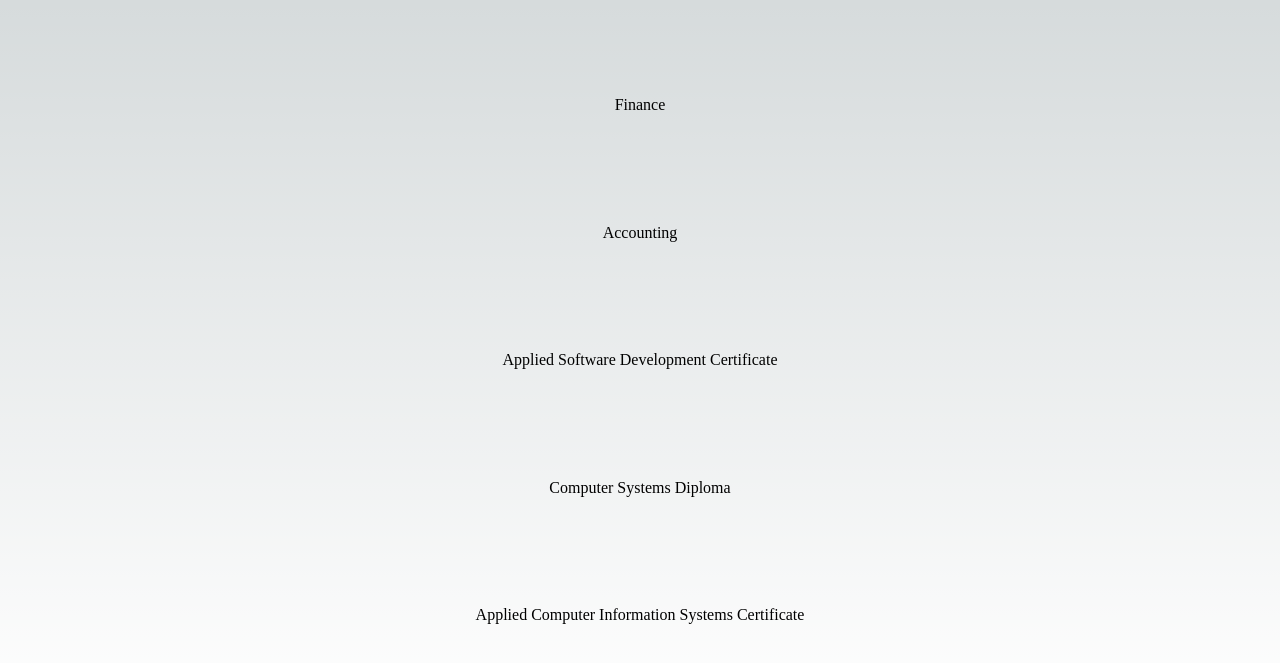
Repository: Aaron-Trippy/example-map-class-3
Page: /
These files come from the project's save history. The page is drawn as it stood at one moment and after the next save; the edit follows.
The browser window is 1280 px wide. The pictures show the whole page.
The project was rebuilt for these pictures with package versions that can differ from the ones it lists, and the page was loaded fresh each time. The framework's server and built-in components were replaced by stand-ins that run in the browser. Also part of the build but not shown: next.config.js.

Above is the page before, as saved 2023-01-19 14:33:13.

### pages/index.js
import Head from 'next/head'
import Image from 'next/image'
import { Inter } from '@next/font/google'
import styles from '../styles/Home.module.css'
import data from '../data/education.json'
import { useState } from 'react'

const inter = Inter({ subsets: ['latin'] })

export default function Home() {

  console.log(data);
  const [information, setInformation] = useState([...data])

  return (
    <>
      <Head>
        <title>Create Next App</title>
        <meta name="description" content="Generated by create next app" />
        <meta name="viewport" content="width=device-width, initial-scale=1" />
        <link rel="icon" href="/favicon.ico" />
      </Head>
      <main className={styles.main}>
      {
        information && information.map((info, index) => {
          return(
            <div key={index}>{info.degree}</div>
          )
        })
      }
      </main>
    </>
  )
}

### data/education.json
[
        {
            "studentNumber": "A0004567",
            "firstName": "Person 1",
            "gpa": 3.8,
            "department": "Business",
            "degree": "Finance",
            "graduted": 2014
        },
        {
            "studentNumber": "A0001234",
            "firstName": "Person 2",
            "gpa": 3.5,
            "department": "Business",
            "degree": "Accounting",
            "graduted": 2010
        },
        {
            "studentNumber": "A0007890",
            "firstName": "Person 3",
            "gpa": 3.2,
            "department": "Computing",
            "degree": "Applied Software Development Certificate",
            "graduted": 2018
        },
        {
            "studentNumber": "A0007828",
            "firstName": "Person 4",
            "gpa": 3.9,
            "department": "Computing",
            "degree": "Computer Systems Diploma",
            "graduted": 2021
        },
        {
            "studentNumber": "A0003425",
            "firstName": "Person 5",
            "gpa": 3.2,
            "department": "Computing",
            "degree": "Applied Computer Information Systems Certificate",
            "graduted": 2021
        }
]

Loaded but not shown: pages/_app.js (common file); pages/_document.js (common file); styles/globals.css (common file); styles/Home.module.css (common file)

After the next save:
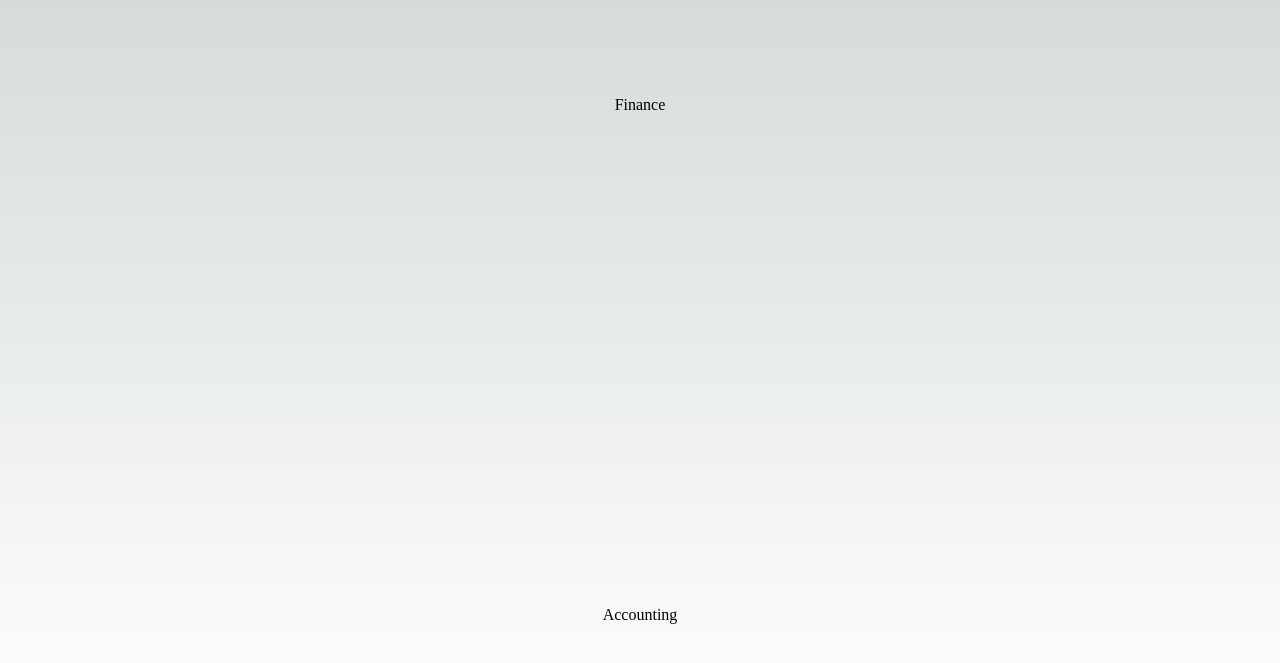
Saved 2 min 7 s later.
--- a/pages/index.js
+++ b/pages/index.js
@@ -23,9 +23,11 @@ export default function Home() {
       <main className={styles.main}>
       {
         information && information.map((info, index) => {
+          if(info.department === "Business") {
           return(
             <div key={index}>{info.degree}</div>
           )
+          }
         })
       }
       </main>
